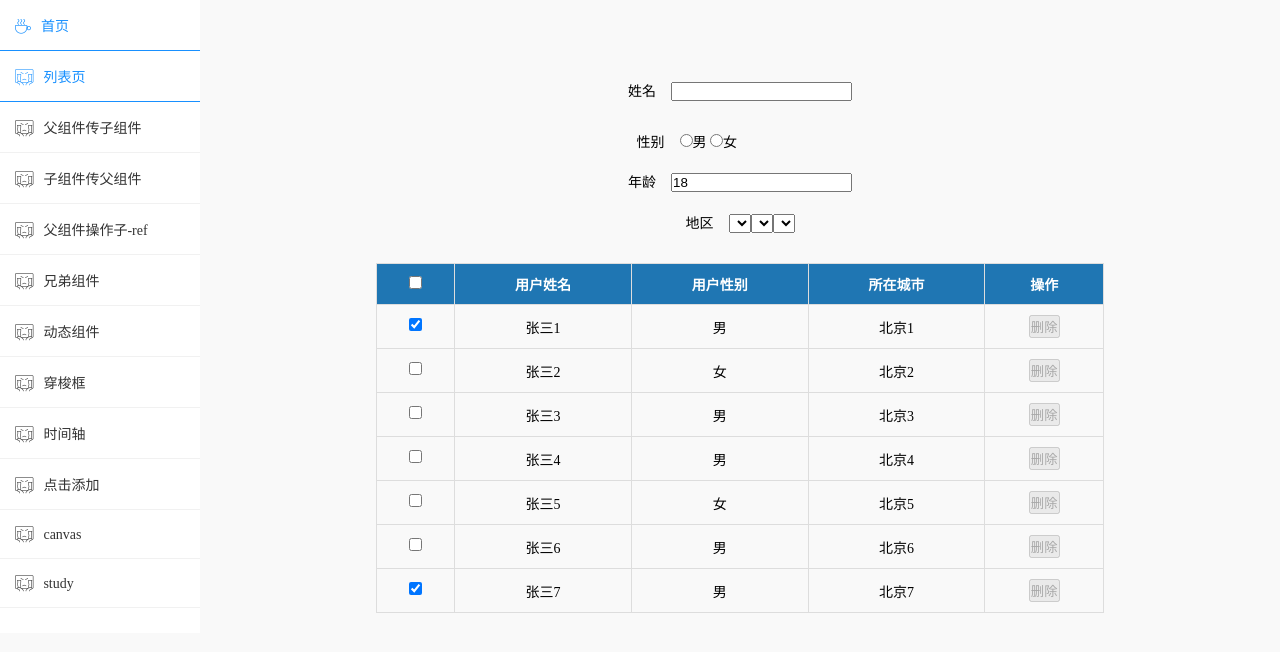
Repository: Serendipity-Zhang/vue-cli4
Page: /list
An editor plug-in stored every save of this project. The page is shown before and after the next save, followed by the edit.
The browser window is 1280 px wide. The pictures show the whole page.
The project was rebuilt for these pictures with package versions that can differ from the ones it lists, and the page was loaded fresh each time. Also part of the build but not shown: vue.config.js, src/views/Nav.vue, src/router/routes.js, src/layout/components/Nav.vue.

Above is the page before, as saved 2020-05-24 21:39:01.

### src/App.vue
<template>
  <div id="app">
    <!-- 左侧内容 -->
    <!-- <Nav /> -->
    <!-- 右侧内容 -->
    <!-- <div> -->
      <!-- 展示的出口 -->
      <!-- $route.meta.keepAlive 通过路由meta 为true的值 进行缓存 -->
      <!-- <keep-alive v-if="$route.meta.keepAlive">   -->
        <!-- 匹配路由缓存 -->
         <router-view />
      <!-- </keep-alive> -->

    <!-- </div> -->
  </div>
</template>

<script>
import Nav from './views/Nav.vue'; //导入

export default {
  name: 'App',
  data(){
    return {

    }
  },
  method:{

  },
  components:{  //组件
    Nav
  }

}
</script>

<style>
 @import './assets/css/index.css';
 #app {
   height:100%;
 }

</style>

### src/assets/css/index.css
* {
    padding: 0px;
    margin: 0px;
}
ul {
    list-style-type: none;
}

a {
    color: #333;
    text-decoration: none;
}
body {
    font-size: 14px;
    background-color: #f9f9f9;
}
body,html{
    width:100%;
    height:100%;
}
.tree {
    width: 200px;
    height: 100%;
    background: #fff;
    float: left;
}
.tree> ul {
    height: 100%;
}
.p_title {
    color: #333;
    display: block;
    padding: 15px;
    cursor:pointer;
    border-bottom: 1px solid #f1f1f1;
}
.selected {
    color: #1890ff;
    border-bottom: 1px solid #1890ff;
}
.p_title> i{
    padding-right:10px;
}
.p_title b{
    float: right;
    transition:all ease 1s;
    -webkit-transition:all ease 1s;
    -o-transition:all ease 1s;
    -moz-transition:all ease 1s;
    -ms-transition:all ease 1s;
}
.up {
    transform:rotate(0deg);
}
.down {
    transform:rotate(180deg);
}
.p_title:hover {
    color: #1890ff;
    border-bottom: 1px solid #1890ff;
}

.c_item a {
    display: block;
    padding: 10px 20px 10px 40px;
    background: #fff;
    color: #333;
    cursor:pointer;
}

.c_item a:hover {
    color: #1890ff;
    background: #e6f7ff;
    border-right: 4px solid #1890ff;
}

.banner {
    position: relative;
    float:left;
}
.banner .banner-circle {
    position: absolute;
    bottom: 5px;
    left: 0;
    right: 0;
    color: #fff;
}
.banner .banner-circle li{
    display:inline-block;
    background: rgba(0,0,0,.3);
    border-radius: 50%;
    padding:5px;
    margin:2px;
}
.banner .banner-circle ul {
    text-align: center;
}
.banner .banner-circle .selected {
    background: rgba(0,0,0,.8);
}
.banner img {
    max-width: 100%;
    margin: 0;
    padding: 0;
}

### src/layout/index.vue
<template>
  <div>
      <el-container>
        <el-aside width="200px">
            <!-- 左侧导航 -->
            <Sidebar />
        </el-aside>
        <el-container>
            <el-header>
                <!-- 面包屑 -->
                <!-- <Nav /> -->
            </el-header>
            <el-main>
                <!-- 右侧主内容 -->
                <Main />
            </el-main>
        </el-container>
    </el-container>
  </div>
</template>

<script>
import {Sidebar,Nav,Main} from './components'
// import Sidebar from './components/Sidebar';
// import Nav from './components/Nav';
// import Main from './components/Main';

export default {
  data () {
    return {

    }
  },
  components:{
      Sidebar,
      Nav,
      Main
  }
}
</script>

<!-- Add "scoped" attribute to limit CSS to this component only -->
<style  lang="scss">

// .el-header, .el-footer {
//     background-color: #B3C0D1;
//     color: #333;
//     text-align: center;
//     line-height: 60px;
//   }

//   .el-aside {
//     background-color: #D3DCE6;
//     color: #333;
//     text-align: center;
//     line-height: 200px;
//   }

//   .el-main {
//     background-color: #E9EEF3;
//     color: #333;
//     text-align: center;
//     line-height: 160px;
//   }

//   body > .el-container {
//     margin-bottom: 40px;
//   }

//   .el-container:nth-child(5) .el-aside,
//   .el-container:nth-child(6) .el-aside {
//     line-height: 260px;
//   }

//   .el-container:nth-child(7) .el-aside {
//     line-height: 320px;
//   }
</style>

### src/views/List.vue
<template>
  <div>
    <div class="add-people">
      <div class="add-people-content">
        <span>姓名</span>
        <input type="text" v-model="fromOne.name" />
      </div>
      <div
        class="add-people-content"
        style="margin-left: 92px;margin-top: 30px;"
      >
        <span>性别</span>
        <div class="oneSelect">
          <label for="sex1">
            <input type="radio" name="sex" v-model="fromOne.sex" value="0" />男
          </label>
          <label for="sex2">
            <input type="radio" name="sex" v-model="fromOne.sex" value="1" />女
          </label>
        </div>
      </div>
      <div class="add-people-content">
        <span>年龄</span>
        <input type="number" name="" id="" v-model.number="fromOne.age" />
      </div>
      <div class="add-people-content">
        <span>地区</span>

        <select name="" id="" v-model="provinceSelect">
          <option value="" v-for="(v,i) in provice" :key="i"></option>
        </select>
         <select name="" id="" v-model="citySelect">
          <option value="" v-for="(v,i) in city" :key="i"></option>
        </select>
         <select name="" id="" v-model="areaSelect">
          <option value="" v-for="(v,i) in area" :key="i"></option>
        </select>
      </div>
    </div>

    <table class="table">
      <thead>
        <tr>
          <th>
            <input type="checkbox" v-model="checkAll" @change="checkChange" />
          </th>
          <th>用户姓名</th>
          <th>用户性别</th>
          <th>所在城市</th>
          <th>操作</th>
        </tr>
      </thead>
      <tbody>
        <tr v-for="(v, i) in lists" :key="i">
          <th>
            <input type="checkbox" v-model="v.check" @change="curCheckChange" />
          </th>
          <td>{{ v.name }}</td>
          <td>{{ v.sex }}</td>
          <td>{{ v.city }}</td>
          <td><button disabled="true">删除</button></td>
        </tr>
      </tbody>
    </table>
  </div>
</template>

<script>
export default {
  name: "",
  data() {
    return {
      fromOne: { name: "", sex: "", age: "18" },
      provinceSelect:'',
      citySelect:'',
      areaSelect:'',
      provice:[],
      city:[],
      area:[],
      checkAll: false, //全选
      lists: [
        { name: "张三1", sex: "男", city: "北京1", check: true },
        { name: "张三2", sex: "女", city: "北京2", check: false },
        { name: "张三3", sex: "男", city: "北京3", check: false },
        { name: "张三4", sex: "男", city: "北京4", check: false },
        { name: "张三5", sex: "女", city: "北京5", check: false },
        { name: "张三6", sex: "男", city: "北京6", check: false },
        { name: "张三7", sex: "男", city: "北京7", check: true },
      ],
    };
  },
  methods: {
    checkChange() {
      //全选的状态改变
      this.lists.forEach((item) => {
        item.check = this.checkAll;
      });
    },
    curCheckChange() {
      //当前
      //当前选中的状态
      // var num = this.lists.filter(item=>item.check).length;
      //console.log(num);
      //num==this.lists.length ? this.checkAll = true : this.checkAll = false;
      //every()  检测数组中的元素是否符合条件，都满足，返回true, 只要有一个没有满 足，返回false
      this.checkAll = this.lists.every((item) => item.check);
    },
  },
};
</script>

<style scoped>
.add-people {
  margin-bottom: 30px;
  text-align: center;
}
span {
  margin-right: 15px;
}
.add-people .add-content input {
  font-size: 20px;
  vertical-align: middle;
  border: 1px solid black;
  border-radius: 5px;
  outline: none;
  padding: 4px 8px;
}
.oneSelect {
  width: 16rem;
  display: inline-block;
  text-align: left;
}
.add-people-content {
  margin-bottom: 20px;
}
ul {
  list-style-type: none;
}
.table {
  width: 70%;
  border-collapse: collapse;
  margin: 0 auto;
  text-align: center;
}
.table td,
.table th {
  border: 1px solid #ddd;
  padding: 10px;
}
.table thead tr {
  background: #1f76b3;
  color: #fff;
}
</style>

### src/layout/components/Sidebar.vue
<template>
  <div class="tree">
      <ul>
        <li class="p_item" v-for="(v,i) in items" :key="i">
          <router-link :to="v.url"
              class="p_title"
              @click="n=i">
            <i class="iconfont" :class="v.icon"></i>{{v.name}}
          </router-link>
        </li>
      </ul>
    </div>
</template>

<script>
export default {
  name:'',
  data(){
    return{
      n:1,
      items:[
          {
              name:'首页',
              icon:'icon-shenghuo',
              url:'/home'
          },
          {
              name:'列表页',
              icon:'icon-biaoqingleiben',
              url:'/list',
              child:[{name:'列表详情',url:'/list/toFather'}]
          },
          {
              name:'父组件传子组件',
              icon:'icon-biaoqingleiben',
              url:'/toSon'
          },
          {
              name:'子组件传父组件',
              icon:'icon-biaoqingleiben',
              url:'/toFather'
          },
          {
              name:'父组件操作子-ref',
              icon:'icon-biaoqingleiben',
              url:'/actionSon'
          },
          {
              name:'兄弟组件',
              icon:'icon-biaoqingleiben',
              url:'/brother'
          },
           {
              name:'动态组件',
              icon:'icon-biaoqingleiben',
              url:'comp1'
          },
          {
              name:'穿梭框',
              icon:'icon-biaoqingleiben',
              url:'/transfer'
          },
          {
              name:'时间轴',
              icon:'icon-biaoqingleiben',
              url:'/timeLine'
          },
          {
              name:'点击添加',
              icon:'icon-biaoqingleiben',
              url:'/AddFriend'
          },
          {
              name:'canvas',
              icon:'icon-biaoqingleiben',
              url:'/canvas'
          },
          {
              name:'study',
              icon:'icon-biaoqingleiben',
              url:'/study'
          }
      ]
    }
  }
}
</script>

<style>

</style>

### src/layout/components/Main.vue
<template>
        <router-view />
</template>

<script>
export default {
  data () {
    return {

    }
  }
}
</script>

<!-- Add "scoped" attribute to limit CSS to this component only -->
<style  lang="scss">

</style>

Loaded but not shown: public/index.html (common file); src/store/index.js (common file); src/router/index.js (34 lines, source omitted); src/main.js (33 lines, source omitted); src/layout/components/index.js (3 lines, source omitted); src/assets/font/iconfont.css (66 lines, source omitted)

After the next save:
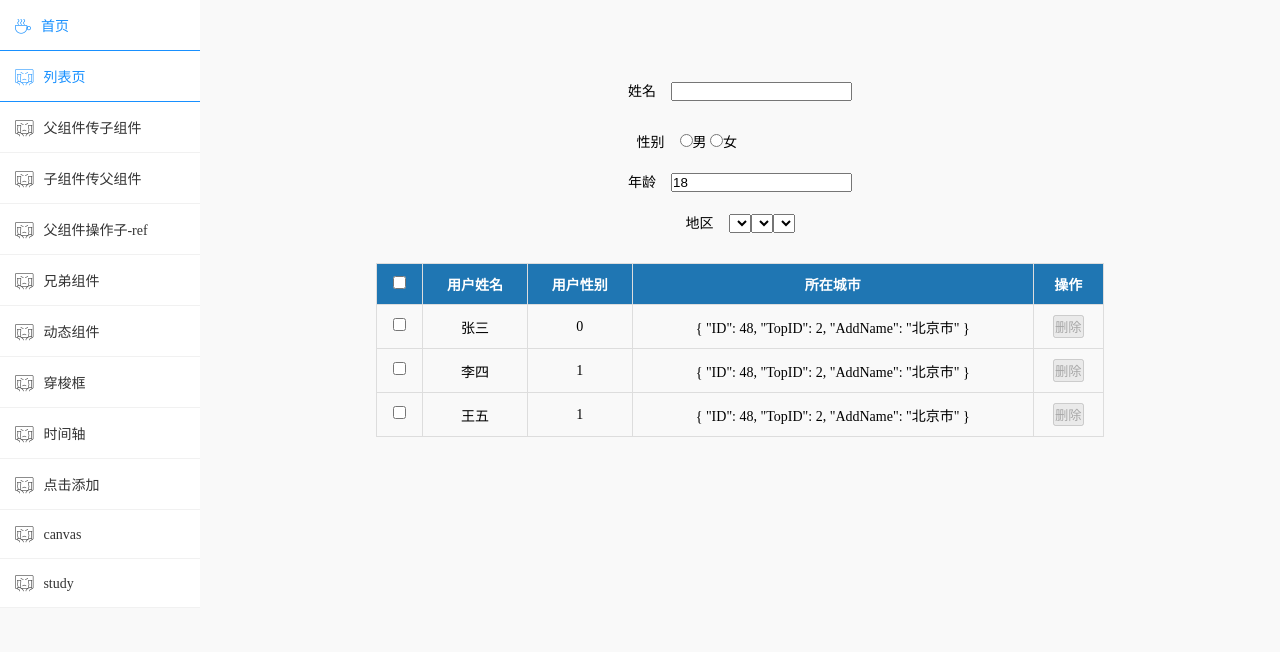
Saved 74 s later.
--- a/src/views/List.vue
+++ b/src/views/List.vue
@@ -87,6 +87,38 @@
         { name: "张三6", sex: "男", city: "北京6", check: false },
         { name: "张三7", sex: "男", city: "北京7", check: true },
       ],
+          lists:[
+                {
+                    id:0,
+                    name:'张三',
+                    sex:0,
+                    area:'北京市-北京市-柔坏区',
+                    age:16,
+                    province:{"ID": 2,"TopID": 0,"AddName": "北京市"},
+                    city:{"ID": 48,"TopID": 2,"AddName": "北京市"},
+                    nowarea:{"ID": 495,"TopID": 48,"AddName": "怀柔区"},
+                },
+                {
+                    id:1,
+                    name:'李四',
+                    sex:1,
+                    area:'北京市-北京市-柔坏区',
+                    age:28,
+                    province:{"ID": 2,"TopID": 0,"AddName": "北京市"},
+                    city:{"ID": 48,"TopID": 2,"AddName": "北京市"},
+                    nowarea:{"ID": 495,"TopID": 48,"AddName": "怀柔区"},
+                },
+                {
+                    id:2,
+                    name:'王五',
+                    sex:1,
+                    area:'北京市-北京市-柔坏区',
+                    age:30,
+                    province:{"ID": 2,"TopID": 0,"AddName": "北京市"},
+                    city:{"ID": 48,"TopID": 2,"AddName": "北京市"},
+                    nowarea:{"ID": 495,"TopID": 48,"AddName": "怀柔区"},
+                },
+            ],
     };
   },
   methods: {

After the save that followed:
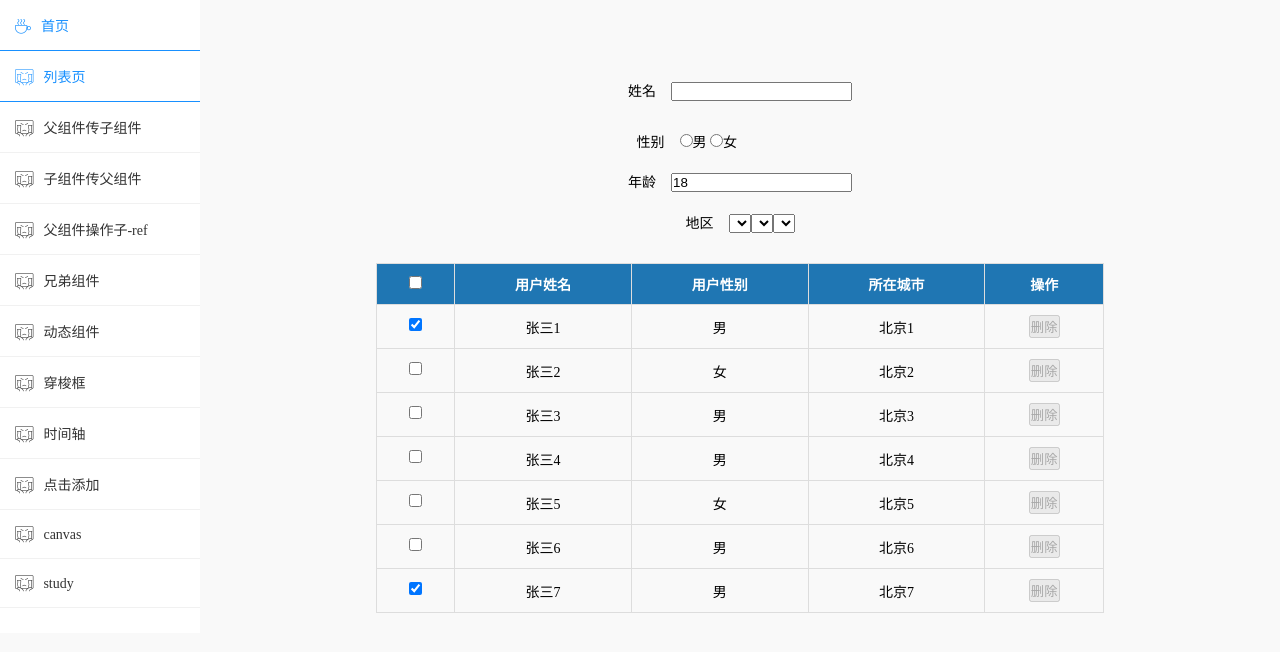
Saved 5 s later.
--- a/src/views/List.vue
+++ b/src/views/List.vue
@@ -87,7 +87,7 @@
         { name: "张三6", sex: "男", city: "北京6", check: false },
         { name: "张三7", sex: "男", city: "北京7", check: true },
       ],
-          lists:[
+          listss:[
                 {
                     id:0,
                     name:'张三',
